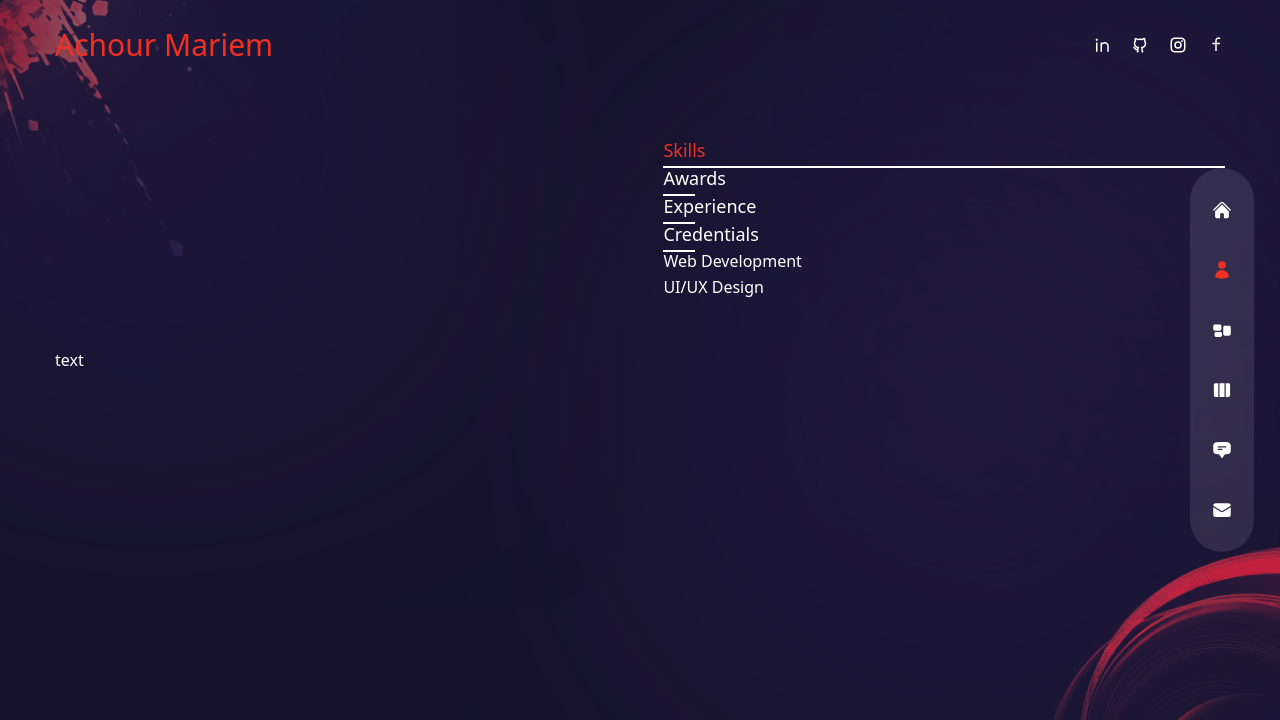
Repository: AchourMaryem/My-personal-portfolio
Page: /about
The author's editor kept a copy of each file at every save. The page is drawn from the files as they stood at one save, then again after a run of saves.
The browser window is 1280 px wide. The pictures show the whole page.
The project was rebuilt for these pictures with package versions that can differ from the ones it lists, and the page was loaded fresh each time. The framework's server and built-in components were replaced by stand-ins that run in the browser. Also part of the build but not shown: next.config.js.

Above is the page before, as saved 2023-09-22 02:15:26.

After the next 2 saves:
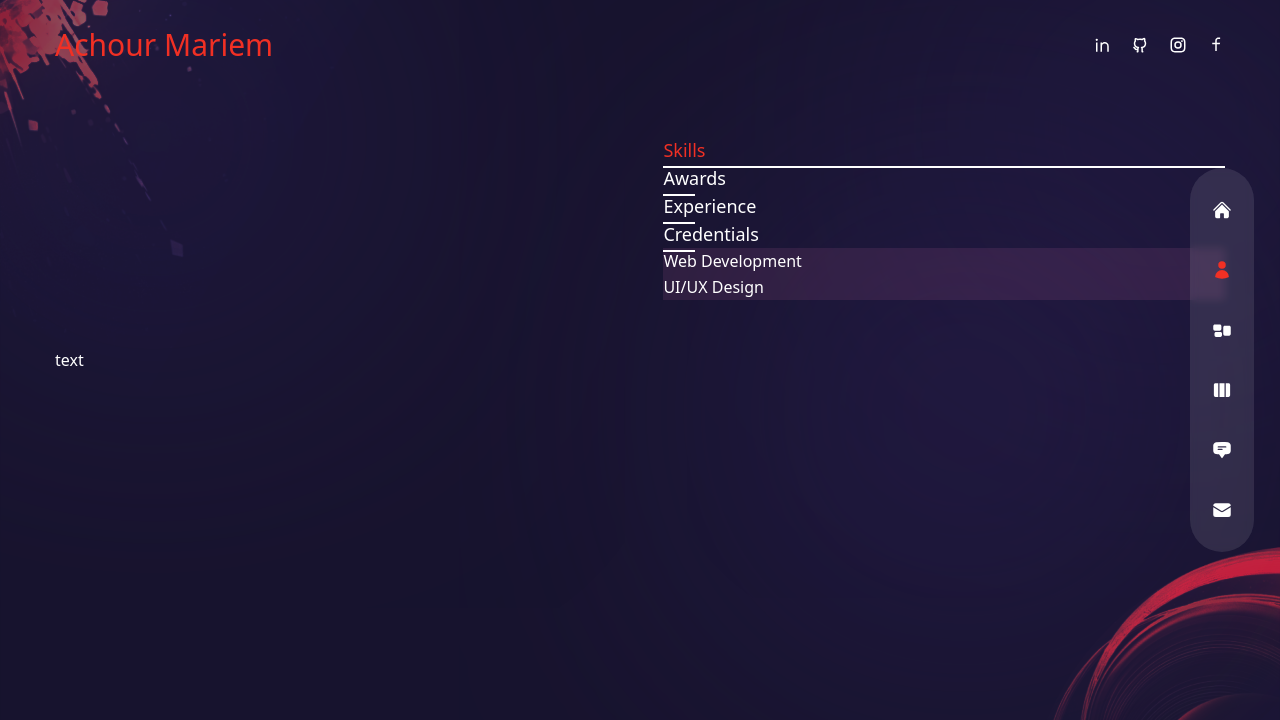
The 2 saves are shown as one change because they came seconds apart.
The last was saved 10 s later.
--- a/pages/about/index.js
+++ b/pages/about/index.js
@@ -126,7 +126,7 @@ const About = () => {
             );
           })}
         </div>
-        <div className='bg'>
+        <div className='bg-pink-400/10'>
   {aboutData[index].info.map((item, itemIndex) => {
     return (
       <div key={itemIndex}>
